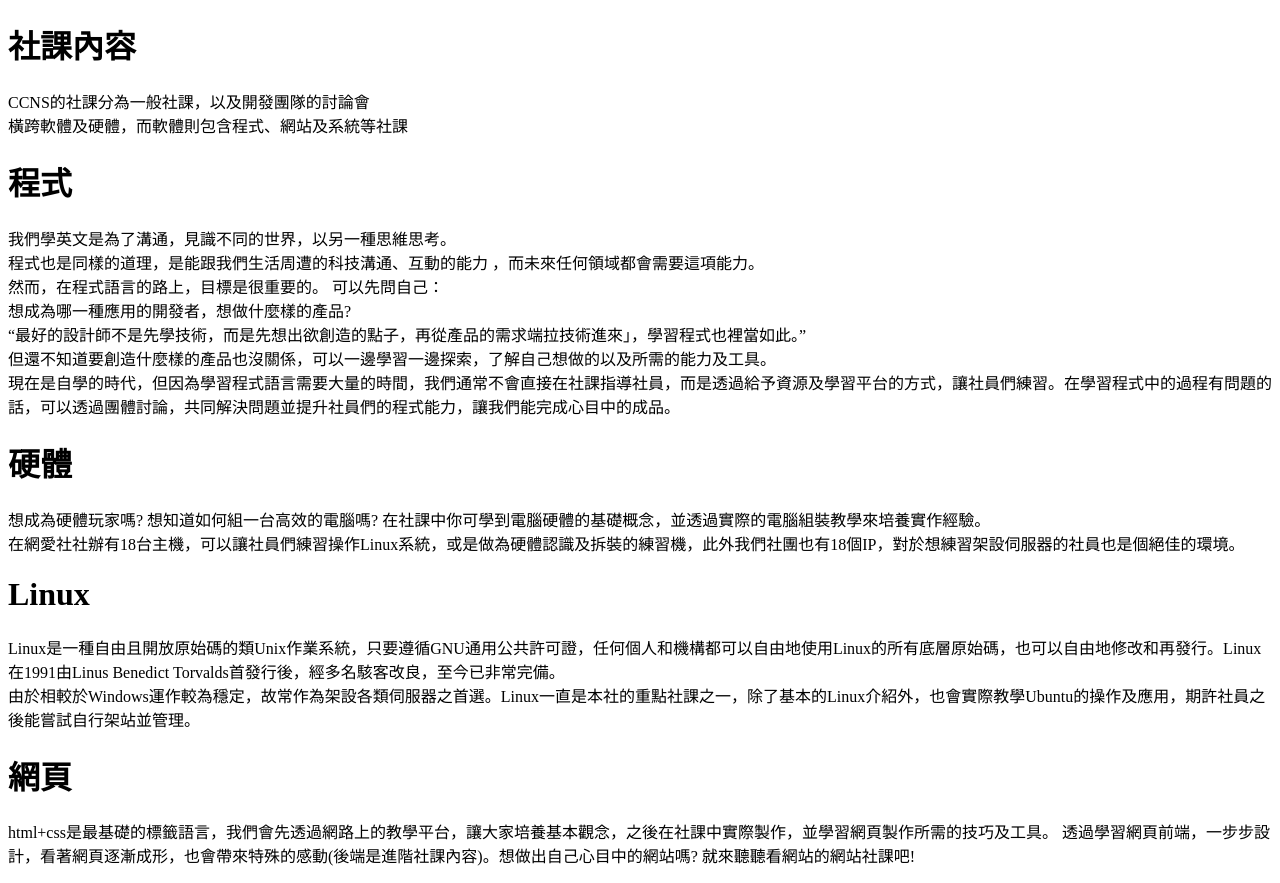
Repository: ccns/ccns_website
Page: classes.html
The author's editor kept a record of every edit. The page is drawn from the files as they stood at one moment, then again after the next edit.
The browser window is 1280 px wide. The pictures show the whole page.

Above is the page before.

### classes.html
<!DOCTYPE html>
<html>
<head>
	<div id="DivClubClassContent">
		<h1>社課內容</h1>
		<p>CCNS的社課分為一般社課，以及開發團隊的討論會
		<br>橫跨軟體及硬體，而軟體則包含程式、網站及系統等社課
		<br></p>

		<h1>程式</h1>
		<p>我們學英文是為了溝通，見識不同的世界，以另一種思維思考。
		<br>程式也是同樣的道理，是能跟我們生活周遭的科技溝通、互動的能力 ，而未來任何領域都會需要這項能力。
		<br>然而，在程式語言的路上，目標是很重要的。 可以先問自己：
		<br>想成為哪一種應用的開發者，想做什麼樣的產品?
		<br>“最好的設計師不是先學技術，而是先想出欲創造的點子，再從產品的需求端拉技術進來」，學習程式也裡當如此。”
		<br>但還不知道要創造什麼樣的產品也沒關係，可以一邊學習一邊探索，了解自己想做的以及所需的能力及工具。
		<br>現在是自學的時代，但因為學習程式語言需要大量的時間，我們通常不會直接在社課指導社員，而是透過給予資源及學習平台的方式，讓社員們練習。在學習程式中的過程有問題的話，可以透過團體討論，共同解決問題並提升社員們的程式能力，讓我們能完成心目中的成品。
		<br></p>

		<h1>硬體</h1>
		<p>想成為硬體玩家嗎?  想知道如何組一台高效的電腦嗎?  在社課中你可學到電腦硬體的基礎概念，並透過實際的電腦組裝教學來培養實作經驗。
		<br>在網愛社社辦有18台主機，可以讓社員們練習操作Linux系統，或是做為硬體認識及拆裝的練習機，此外我們社團也有18個IP，對於想練習架設伺服器的社員也是個絕佳的環境。
		<br></p>

		<h1>Linux</h1>
		<p>Linux是一種自由且開放原始碼的類Unix作業系統，只要遵循GNU通用公共許可證，任何個人和機構都可以自由地使用Linux的所有底層原始碼，也可以自由地修改和再發行。Linux在1991由Linus Benedict Torvalds首發行後，經多名駭客改良，至今已非常完備。
		<br>由於相較於Windows運作較為穩定，故常作為架設各類伺服器之首選。Linux一直是本社的重點社課之一，除了基本的Linux介紹外，也會實際教學Ubuntu的操作及應用，期許社員之後能嘗試自行架站並管理。
		<br></p>

		<h1>網頁</h1>
		<p>html+css是最基礎的標籤語言，我們會先透過網路上的教學平台，讓大家培養基本觀念，之後在社課中實際製作，並學習網頁製作所需的技巧及工具。  透過學習網頁前端，一步步設計，看著網頁逐漸成形，也會帶來特殊的感動(後端是進階社課內容)。想做出自己心目中的網站嗎? 就來聽聽看網站的網站社課吧!
		<br></p>

	</div>

</head>
<body>
</body>
</html>

After the next edit:
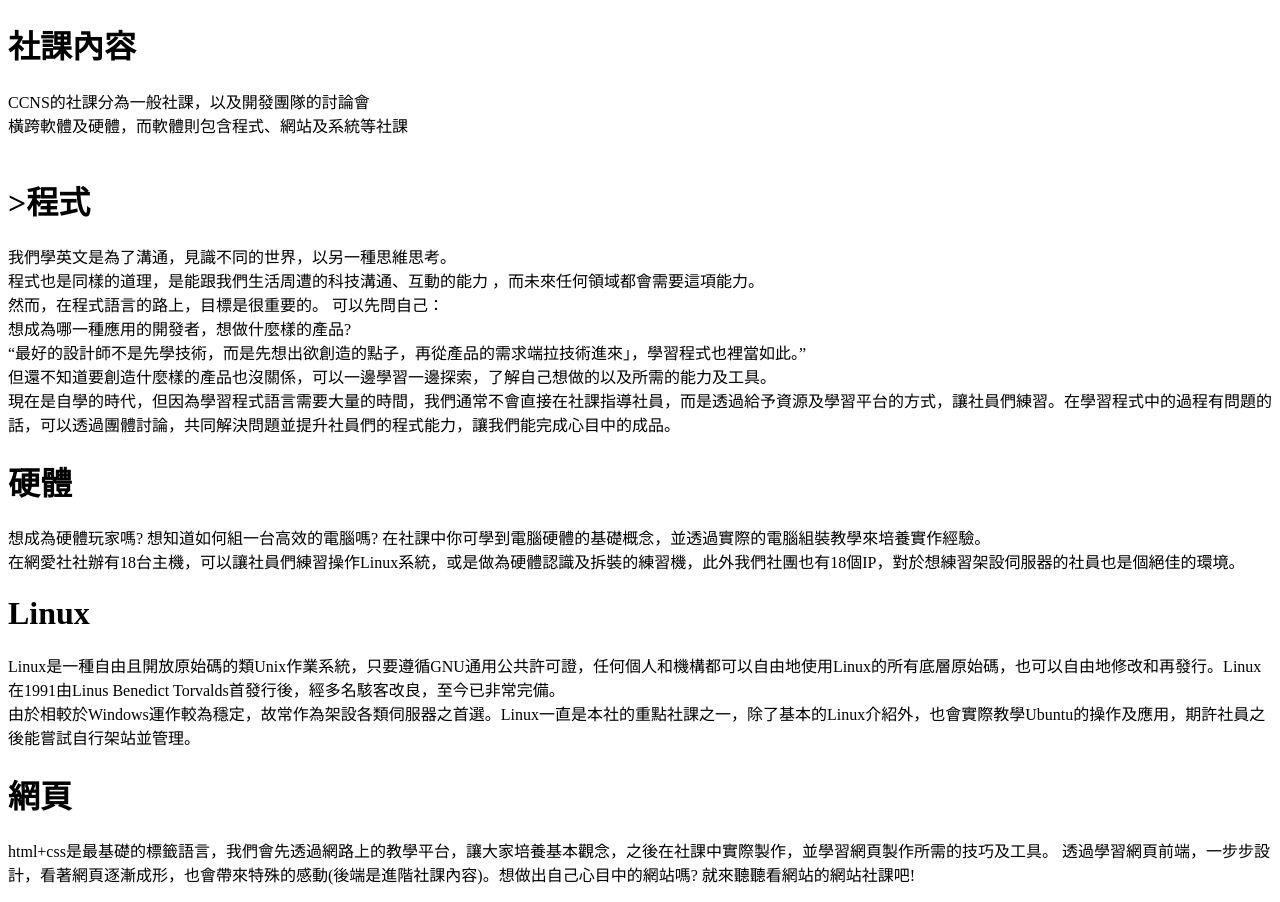
The edit:
--- a/classes.html
+++ b/classes.html
@@ -7,7 +7,7 @@
 		<br>橫跨軟體及硬體，而軟體則包含程式、網站及系統等社課
 		<br></p>
 
-		<h1>程式</h1>
+		<h1 style="margin-top:40px;" >>程式</h1>
 		<p>我們學英文是為了溝通，見識不同的世界，以另一種思維思考。
 		<br>程式也是同樣的道理，是能跟我們生活周遭的科技溝通、互動的能力 ，而未來任何領域都會需要這項能力。
 		<br>然而，在程式語言的路上，目標是很重要的。 可以先問自己：
